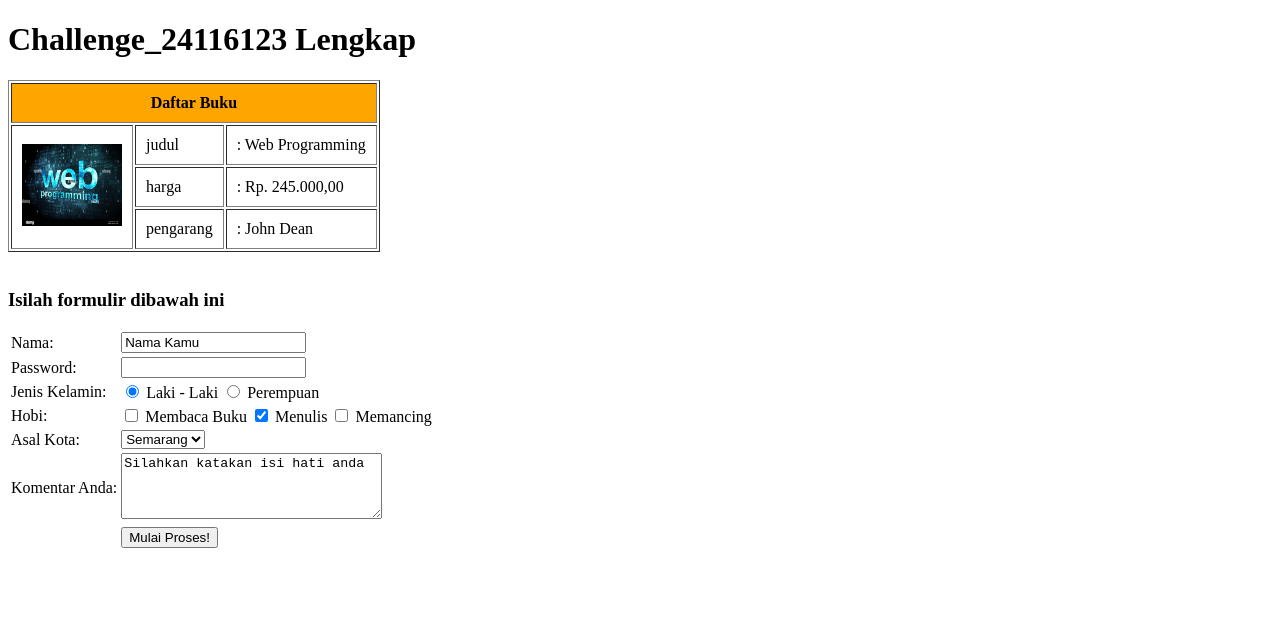
Repository: RoyyanSuryanto/Challenge_24116158
Page: Pertemuan 4/Challenge_24116158.html
The author's editor kept a copy of each file at every save. The page is drawn from the files as they stood at one save, then again after the next save.
The browser window is 1280 px wide. The pictures show the whole page.

Above is the page before, as saved 2026-04-20 09:51:00.

### Pertemuan 4/Challenge_24116158.html
<!DOCTYPE html>
<html lang="en">
<head>
    <meta charset="UTF-8">
    <meta name="viewport" content="width=device-width, initial-scale=1.0">
    <title>Challenge_24116158</title>
</head>
<body>
    <!-- Judul -->
    <h1>Challenge_24116123 Lengkap</h1>

    <!-- Tabel Daftar Buku -->
    <table border="1" cellpadding="10">
        <tr bgcolor="orange">
            <th colspan="3">Daftar Buku</th>
        </tr>
        <tr>
            <td rowspan="3">
                <img src="123.jpg" alt="Buku" width="100">
            </td>
            <td>judul</td>
            <td>: Web Programming</td>
        </tr>
        <tr>
            <td>harga</td>
            <td>: Rp. 245.000,00</td>
        </tr>
        <tr>
            <td>pengarang</td>
            <td>: John Dean</td>
        </tr>
    </table>

    <br>

    <!-- Form -->
    <h3>Isilah formulir dibawah ini</h3>

    <table>
        <tr>
            <td>Nama:</td>
            <td><input type="text" value="Nama Kamu"></td>
        </tr>
        <tr>
            <td>Password:</td>
            <td><input type="password"></td>
        </tr>
        <tr>
            <td>Jenis Kelamin:</td>
            <td>
                <input type="radio" name="jk" checked> Laki - Laki
                <input type="radio" name="jk"> Perempuan
            </td>
        </tr>
        <tr>
            <td>Hobi:</td>
            <td>
                <input type="checkbox"> Membaca Buku
                <input type="checkbox" checked> Menulis
                <input type="checkbox"> Memancing
            </td>
        </tr>
        <tr>
            <td>Asal Kota:</td>
            <td>
                <select>
                    <option>Semarang</option>
                    <option>Jakarta</option>
                    <option>Bandung</option>
                </select>
            </td>
        </tr>
        <tr>
            <td>Komentar Anda:</td>
            <td>
                <textarea rows="4" cols="30">Silahkan katakan isi hati anda</textarea>
            </td>
        </tr>
        <tr>
            <td></td>
            <td>
                <button>Mulai Proses!</button>
            </td>
        </tr>
    </table>

</body>
</html>

After the next save:
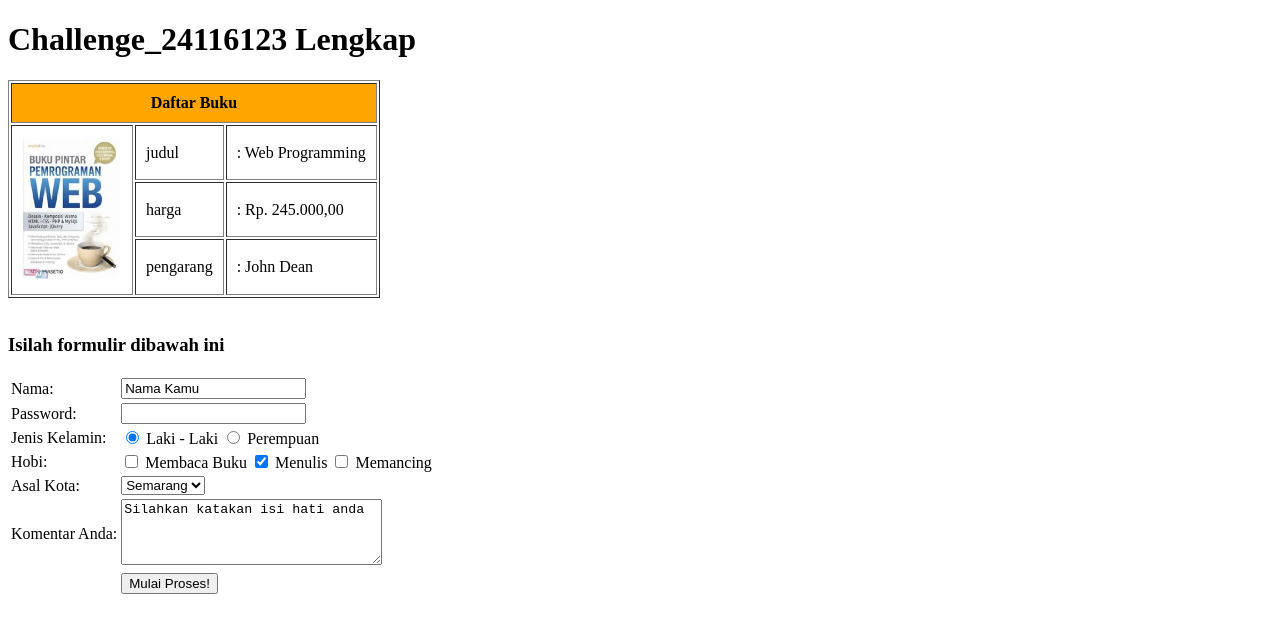
Saved 76 s later.
--- a/Pertemuan 4/Challenge_24116158.html
+++ b/Pertemuan 4/Challenge_24116158.html
@@ -16,7 +16,7 @@
         </tr>
         <tr>
             <td rowspan="3">
-                <img src="123.jpg" alt="Buku" width="100">
+                <img src="download.jpg" alt="Buku" width="100">
             </td>
             <td>judul</td>
             <td>: Web Programming</td>
